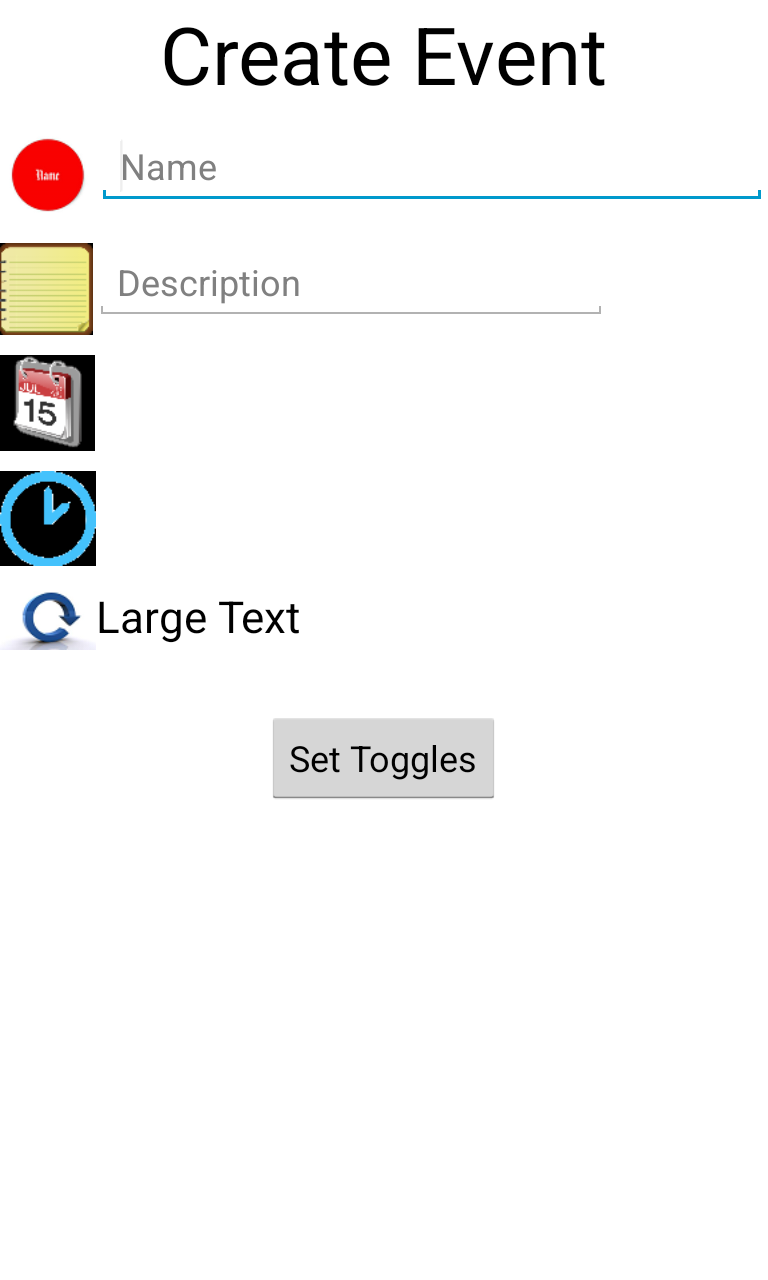
Repository: born2behappy18/meetingMiliue
Layout: MeetingMileu/res/layout/newevent.xml
These files come from the project's save history. The layout is drawn as it stood at one moment and after the next save; the edit follows.
It is drawn on a 768 x 1280 px phone screen (xhdpi) without system bars, with theme AppTheme; the app's code is not run.

Above is the layout before, as saved 2015-10-13 09:56:59.

After the next save:
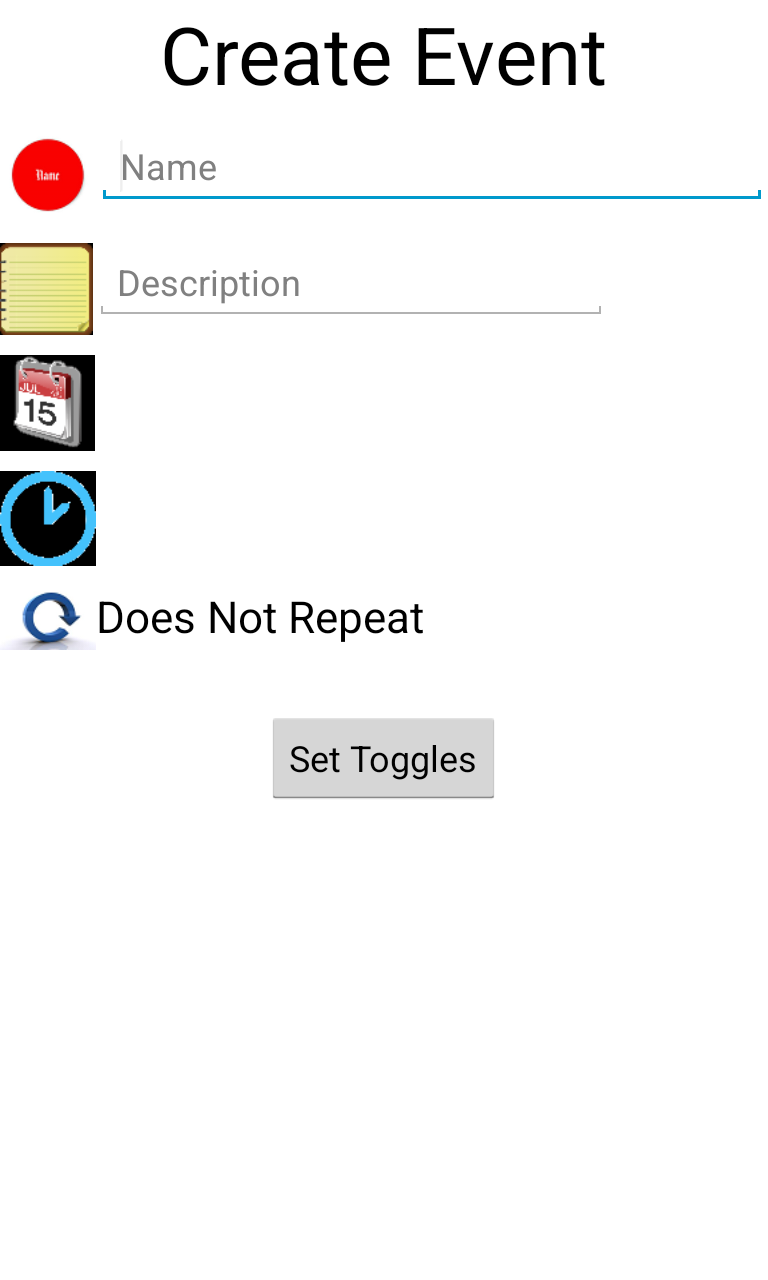
Saved 2 min 36 s later.
--- a/MeetingMileu/res/layout/newevent.xml
+++ b/MeetingMileu/res/layout/newevent.xml
@@ -123,7 +123,7 @@
         android:id="@+id/tvCustomDialog"
         android:layout_width="match_parent"
         android:layout_height="match_parent"
-        android:text="Large Text"
+        android:text="Does Not Repeat"
         android:textAppearance="?android:attr/textAppearanceLarge" />
 
 </LinearLayout>
